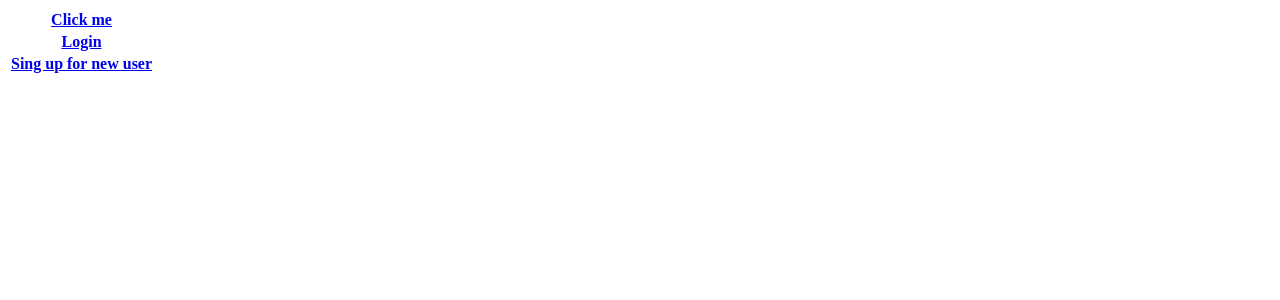
Repository: akki1071993/JavaServlet
Page: HttpServletFilterDemo/src/main/webapp/index.html
The author's editor kept a copy of each file at every save. The page is drawn from the files as they stood at one save, then again after the next save.
The browser window is 1280 px wide. The pictures show the whole page.

Above is the page before, as saved 2022-06-15 09:37:32.

### HttpServletFilterDemo/src/main/webapp/index.html
<!DOCTYPE html>
<html>
<head>
<meta charset="ISO-8859-1">
<title>Insert title here</title>
</head>
<body>
	<table>
		<tr>
			<th><a href="demo">Click me</a></th>
		</tr>
		<tr>
			<th><a href="login.html">Login</a></th>
		</tr>
		<tr>
			<th><a href="register.html">Sing up for new user</a></th>
		</tr>
	</table>





</body>
</html>

After the next save:
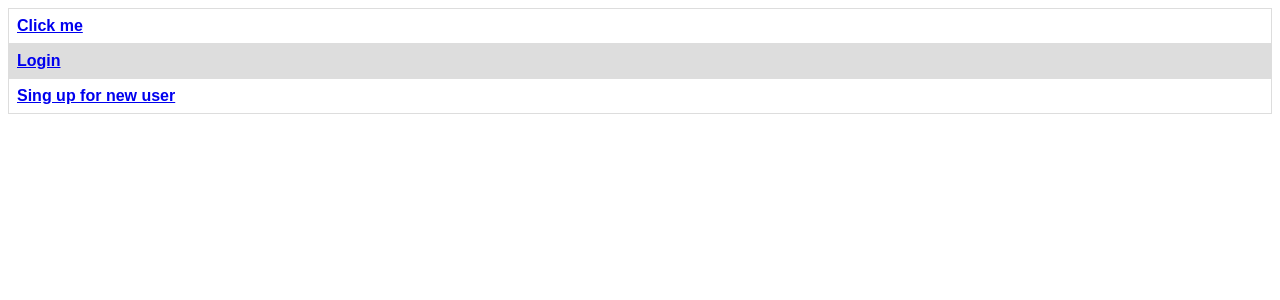
Saved 95 s later.
--- a/HttpServletFilterDemo/src/main/webapp/index.html
+++ b/HttpServletFilterDemo/src/main/webapp/index.html
@@ -3,9 +3,28 @@
 <head>
 <meta charset="ISO-8859-1">
 <title>Insert title here</title>
+<head>
+<style>
+table {
+  font-family: arial, sans-serif;
+  border-collapse: collapse;
+  width: 100%;
+}
+
+td, th {
+  border: 1px solid #dddddd;
+  text-align: left;
+  padding: 8px;
+}
+
+tr:nth-child(even) {
+  background-color: #dddddd;
+}
+</style>
+</head>
 </head>
 <body>
-	<table>
+	<table style="">
 		<tr>
 			<th><a href="demo">Click me</a></th>
 		</tr>
